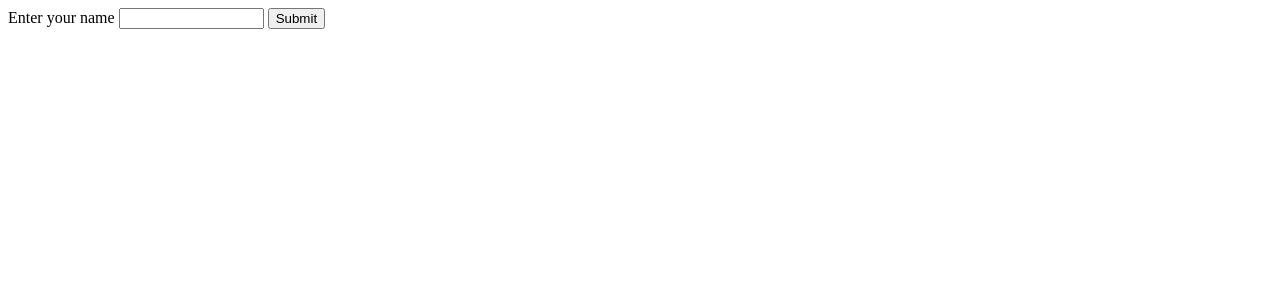
Repository: sandeeda/day10
Page: HelloWorld/WebContent/home.html
These files come from the project's save history. The page is drawn as it stood at one moment and after the next save; the edit follows.
The browser window is 1280 px wide. The pictures show the whole page.

Above is the page before, as saved 2018-09-05 09:29:36.

### HelloWorld/WebContent/home.html
<!DOCTYPE html>
<html>
<head>
<meta charset="ISO-8859-1">
<title>Home Page</title>
</head>
<style>
	body{
	background-image: "C:\Users\sandeeda\Desktop\lemur.jpg"

	}
</style>
<body>
<!--<a href="Hello">Click here...i will say hello</a> -->

<form action="greet">
	<label>Enter your name</label>
	<input type="text" name="username" size="15"/>
	<input type="submit"/>
</form>
</body>
</html>

After the next save:
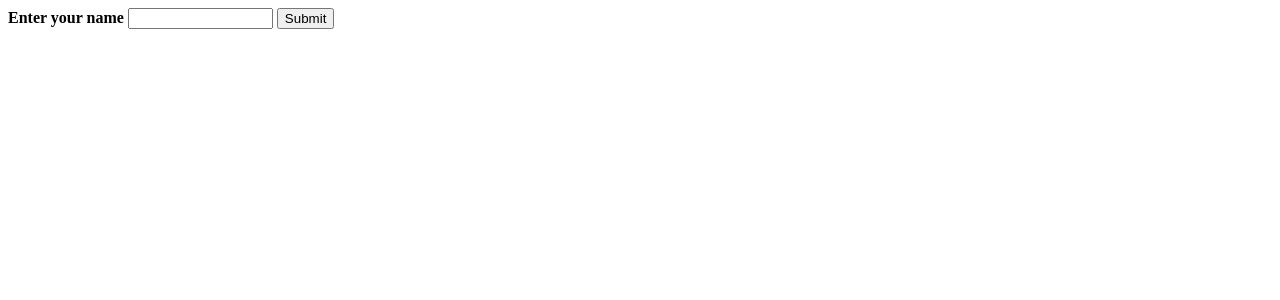
Saved 42 s later.
--- a/HelloWorld/WebContent/home.html
+++ b/HelloWorld/WebContent/home.html
@@ -14,7 +14,7 @@
 <!--<a href="Hello">Click here...i will say hello</a> -->
 
 <form action="greet">
-	<label>Enter your name</label>
+	<label><strong>Enter your name</strong></label>
 	<input type="text" name="username" size="15"/>
 	<input type="submit"/>
 </form>
